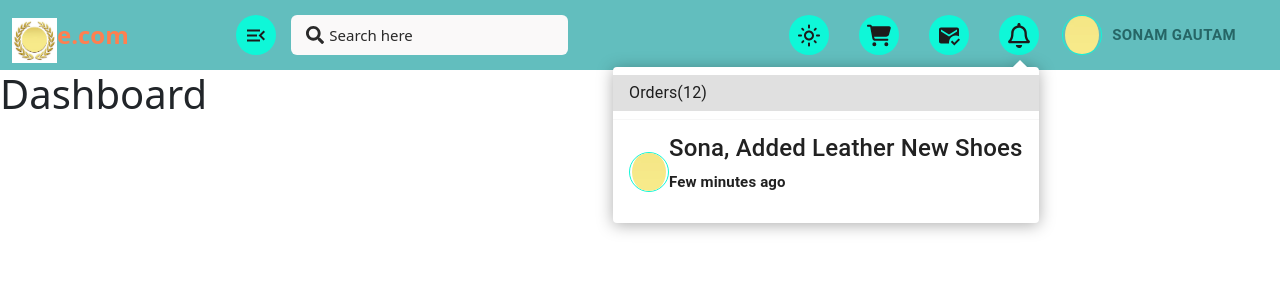
Repository: gautamsonam011/admin-react-dashboard
Page: /, after clicking the first element matching `div.col-sm-7 > :nth-child(4)`
These files come from the project's save history. The page is drawn as it stood at one moment and after the next save; the edit follows.
The browser window is 1280 px wide. The pictures show the whole page.
The project was rebuilt for these pictures with package versions that can differ from the ones it lists, and the page was loaded fresh each time.

Above is the page before, as saved 2025-04-15 13:06:04.

After the next save:
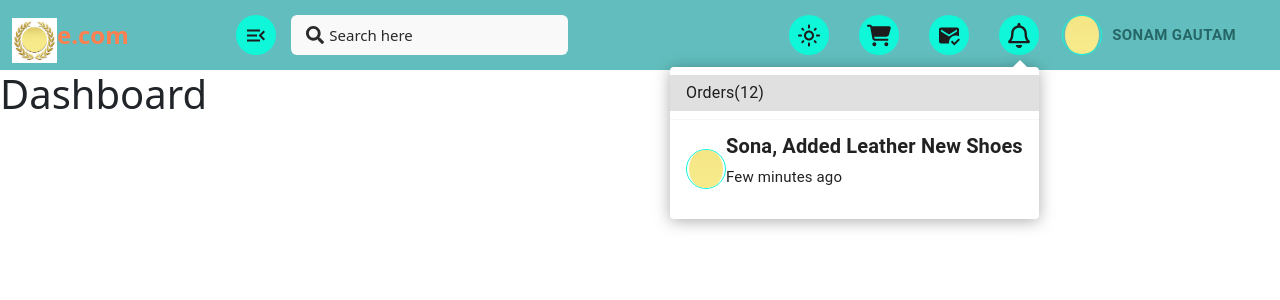
Saved 25 s later.
--- a/src/App.css
+++ b/src/App.css
@@ -42,5 +42,5 @@ header button.rounded-circle:hover svg{color: #2585d4 !important;}
 #account-menu li{font-size: 14px !important;}
 #account-menu li svg{font-size: 20px !important}
 
-.dropdown-list{font-size: 20px; font-weight:600;}
-.dropdown-info{font-size: 15px;}
+.dropdown-list h4{font-size: 20px; font-weight:600;}
+.dropdown-info p{font-size: 15px;}
